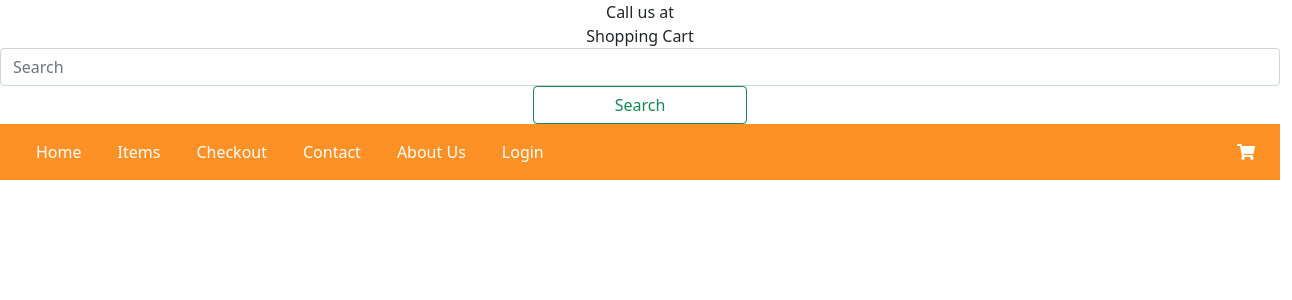
Repository: SaudCh/React-Ecommerce
Page: /login
The author's editor kept a copy of each file at every save. The page is drawn from the files as they stood at one save, then again after the next save.
The browser window is 1280 px wide. The page is 1292 px wide, so the pictures cover 1292 px, including what lies to the right of the window. The pictures show the whole page.
The project was rebuilt for these pictures with package versions that can differ from the ones it lists, and the page was loaded fresh each time. Also part of the build but not shown: src/App.css.

Above is the page before, as saved 2021-12-05 12:34:59.

### src/App.js
import "./App.css";
import Header from "./Header/Header";
import "../node_modules/bootstrap/dist/css/bootstrap.min.css";
import "../node_modules/bootstrap/dist/js/bootstrap.bundle.min";
import { BrowserRouter, Switch, Route } from "react-router-dom";

function App() {
  return (
    <BrowserRouter>
      <Header />
      <Switch>
        <Route path="/" exact>
          <div>Home</div>
        </Route>
      </Switch>
    </BrowserRouter>
  );
}

export default App;

### src/Header/Header.jsx
import { faShoppingCart } from "@fortawesome/free-solid-svg-icons";
import { FontAwesomeIcon } from "@fortawesome/react-fontawesome";
import React from "react";
import { Link } from "react-router-dom";
import "./Header.css";

export default function Header() {
  return (
    <div>
      <nav className="cotainer-fluid">
        <div className="row">
          <div className="col-12 text-center">
            <p className="m-0 p-0">Call us at </p>
          </div>
          <div className="col-12 text-center">
            <p className="m-0">Shopping Cart</p>
          </div>
          <div className="col-12 text-center">
            <form class="form-inline my-2 my-lg-0">
              <input
                class="form-control col-10 mr-sm-2"
                type="search"
                placeholder="Search"
                aria-label="Search"
              />
              <button
                class="btn col-2 btn-outline-success my-2 my-sm-0"
                type="submit"
              >
                Search
              </button>
            </form>
          </div>
        </div>
      </nav>
      <nav
        class="navbar navbar-expand-md navbar-dark"
        style={{ backgroundColor: "#fe9126" }}
      >
        <div class="container-fluid">
          <Link class="navbar-brand" href="#"></Link>

          <button
            class="navbar-toggler"
            type="button"
            data-bs-toggle="collapse"
            data-bs-target="#navbarSupportedContent"
            aria-controls="navbarSupportedContent"
            aria-expanded="false"
            aria-label="Toggle navigation"
          >
            <span class="navbar-toggler-icon"></span>
          </button>
          <div class="collapse navbar-collapse" id="navbarSupportedContent">
            <ul class="navbar-nav me-auto mb-2 mb-lg-0 nav-ul">
              <li class="nav-item">
                <Link class="nav-link  text-white" aria-current="page" to="#">
                  Home
                </Link>
              </li>
              <li class="nav-item">
                <Link class="nav-link  text-white" to="#">
                  Items
                </Link>
              </li>

              <li class="nav-item">
                <Link
                  class="nav-link text-white"
                  to="#"
                  tabindex="-1"
                  aria-disabled="true"
                >
                  Checkout
                </Link>
              </li>
              <li class="nav-item">
                <Link
                  class="nav-link text-white"
                  to="#"
                  tabindex="-1"
                  aria-disabled="true"
                >
                  Contact
                </Link>
              </li>
              <li class="nav-item">
                <Link
                  class="nav-link text-white"
                  to="#"
                  tabindex="-1"
                  aria-disabled="true"
                >
                  About Us
                </Link>
              </li>
              <li class="nav-item">
                <Link
                  class="nav-link text-white"
                  to="#"
                  tabindex="-1"
                  aria-disabled="true"
                >
                  Login
                </Link>
              </li>
            </ul>
            <button className="btn text-white">
              <FontAwesomeIcon icon={faShoppingCart} />
            </button>
          </div>
        </div>
      </nav>
    </div>
  );
}

### src/Header/Header.css
.nav-ul li {
  margin-right: 20px;
}

Loaded but not shown: public/index.html (common file); src/index.js (common file); src/reportWebVitals.js (common file)

After the next save:
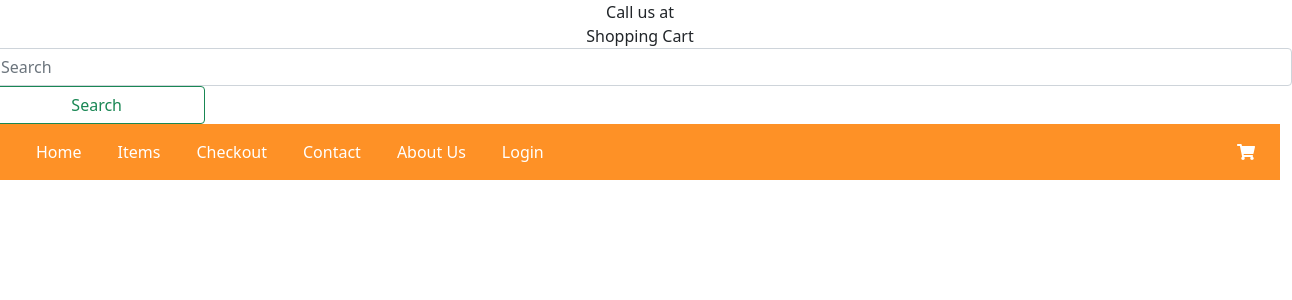
Saved 14 s later.
--- a/src/Header/Header.jsx
+++ b/src/Header/Header.jsx
@@ -16,7 +16,7 @@ export default function Header() {
             <p className="m-0">Shopping Cart</p>
           </div>
           <div className="col-12 text-center">
-            <form class="form-inline my-2 my-lg-0">
+            <form class="form-inline row my-2 my-lg-0">
               <input
                 class="form-control col-10 mr-sm-2"
                 type="search"
